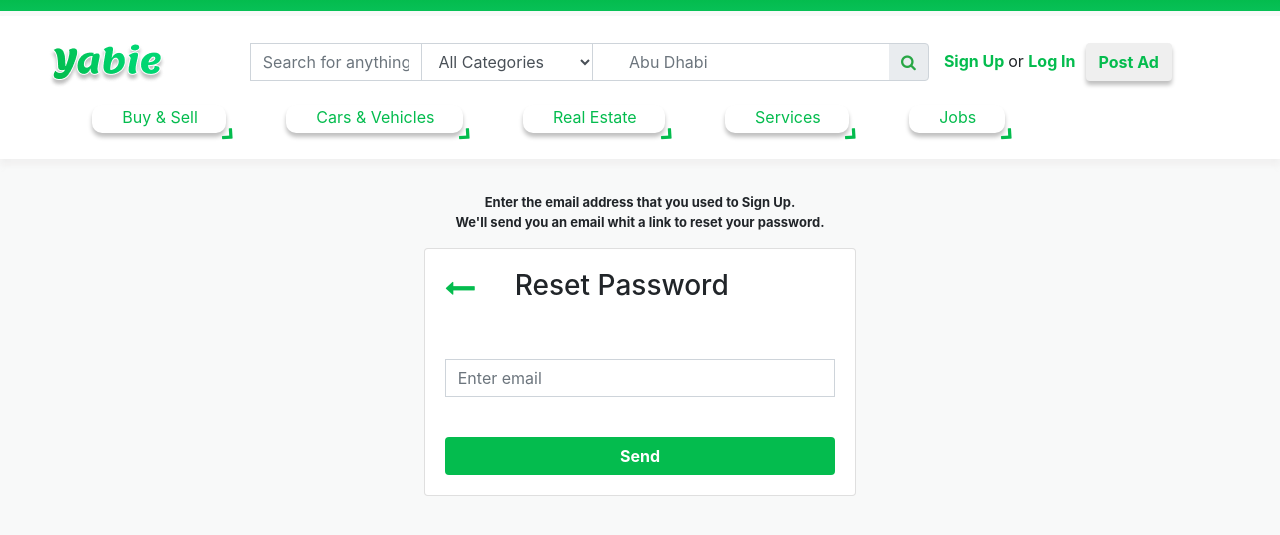
Repository: muazzamkha95/yabie
Page: password-reset.html
An editor plug-in stored every save of this project. The page is shown before and after the next save, followed by the edit.
The browser window is 1280 px wide. The pictures show the whole page.

Above is the page before, as saved 2020-07-09 16:11:08.
Console error: TypeError: Cannot read properties of undefined (reading 'fn')

### password-reset.html
<!DOCTYPE html>
<html lang="en">
<head>
    <meta charset="UTF-8">
    <meta name="viewport" content="width=device-width, initial-scale=1.0">
    <title>SignUp Page</title>

    <link rel="stylesheet" href="https://maxcdn.bootstrapcdn.com/bootstrap/4.0.0/css/bootstrap.min.css" integrity="sha384-Gn5384xqQ1aoWXA+058RXPxPg6fy4IWvTNh0E263XmFcJlSAwiGgFAW/dAiS6JXm" crossorigin="anonymous">
    <link rel="stylesheet" href="https://stackpath.bootstrapcdn.com/font-awesome/4.7.0/css/font-awesome.min.css" integrity="sha384-wvfXpqpZZVQGK6TAh5PVlGOfQNHSoD2xbE+QkPxCAFlNEevoEH3Sl0sibVcOQVnN" crossorigin="anonymous">
    <link href="css/main.css"  rel="stylesheet"></link>


</head>
<body>
        <div class="topBar"></div>
        <nav class="navbar">
            <div class="maincontainer">
                <div class="row">
                        <div class="col-md-2">
                            <a href="index.html"><img src="images/YabieLogo.png" alt="Yabie Logo" class="logo"/></a>
                        </div>
                        <div class="col-md-7">
                            <form class="form-inline" action="#">
                                <div class="input-group">
                                    <input type="text" class="form-control" placeholder="Search for anything" required>
                                    <select class="form-control border-right-0" required>
                                        <option>All Categories</option>
                                        <option value="a">A</option>
                                        <option value="b">B</option>
                                    </select>
                                    <div class="input-group">
                                        <div class="input-group-append">
                                            <span class="input-group-text bg-white text-success border-right-0"><i class="fa fa-map-marker-alt"></i></span>
                                        </div>
                                        <input type="text" class="form-control border-left-0 border-right-0" placeholder="Abu Dhabi" required>
                                        <div class="input-group-append">
                                            <button type="submit" class="input-group-text"><i class="fa fa-search text-success"></i></button>
                                        </div>
                                    </div>
                                </div>
                            </form>
                        </div>
                        <div class="col-md-3" >
                            <div class="row text-center">
                                <span style="padding-top: 6px;">
                                    <span class="btext"><a href="signup.html">Sign Up </a>  </span>  or <span class="btext"><a href="login.html">Log In</a></span>
                                </span>

                                <button class="btn btn-default btext pull-right boxshadow" style="margin-left: 10px;">Post Ad</button>
                            </div>
                        </div>

                </div>
                <div class="row mt-3" >
                    <span class="categoryTab">Buy & Sell <i class="keyboard_arrow_down_24px_rounded fa fa-chevron-right "></i></span>
                    <span class="categoryTab">Cars & Vehicles  <i class="keyboard_arrow_down_24px_rounded fa fa-chevron-right "></i></span>
                    <span class="categoryTab">Real Estate <i class="keyboard_arrow_down_24px_rounded fa fa-chevron-right "></i></span>
                    <span class="categoryTab">Services <i class="keyboard_arrow_down_24px_rounded fa fa-chevron-right "></i></span>
                    <span class="categoryTab">Jobs <i class="keyboard_arrow_down_24px_rounded fa fa-chevron-right "></i></span>
                </div>
            </div>
        </nav>

        <main  role="main" class="mainSection">
            <div class="container d-flex justify-content-center" >
                    <div class="col-md-5">
                        <p style="font-size:small; font-weight: bold;" class="text-center">Enter the email address that you used to Sign Up.<br> We'll send you an email whit a link to reset your password.</p>
                        <div class="card" style="padding: 20px;">
                            <div class="row">
                                <div class="col-md-2">
                                    <a href="login.html"><i class="fa fa-long-arrow-left back-arr mt-1"></i></a>
                                </div>
                                <div class="col-md-10 ">
                                    <h3>Reset Password</h3>
                                </div>
                            </div>
                            <div class="row">
                                <div class="col-md-12">
                                    <form action="notification-forgot-password.html">
                                        <br/>
                                        <br/>
                                        <div class="form-group">
                                          <input type="email" class="form-control" id="email" placeholder="Enter email" name="email">
                                        </div>
                                        <br/>

                                        <button type="submit" class="btn btn-default login-btn">Send</button>
                                      </form>
                                </div>
                            </div>
                        </div>
                    </div>

            </div>

        </main>


</body>
<script src="https://maxcdn.bootstrapcdn.com/bootstrap/4.0.0/js/bootstrap.min.js" integrity="sha384-JZR6Spejh4U02d8jOt6vLEHfe/JQGiRRSQQxSfFWpi1MquVdAyjUar5+76PVCmYl" crossorigin="anonymous"></script>
<script src="js/main.js" type="text/javascript"></script>
</html>

### css/main.css
/* Body */
*{
    padding: 0;
    margin: 0;
}
body{
    background: #F8F9F9;

}
a{
    color: #04BC4E;
    text-decoration: none;
    font-weight: bold;
}
a:hover{
    color: #04BC4E;
}

/* Main navbar css */

.topBar{

    position: absolute;
    width: 100%;
    height: 11px;
    left: 0px;
    top: 0px;

    background: linear-gradient(180deg, #04BC4E 0%, #15D57B 537.5%);
}


nav{
    position: absolute;
    width: 100%;
    height: 143px;
    left: 0px;
    top: 16px;
    background: #FFFFFF;
    box-shadow: 0px 6px 6px rgba(219, 214, 214, 0.25);
    padding-top: 20px;
}

.maincontainer{
    width: 95%;
    margin-left:auto;
    margin-right: auto;
}

.logo{
    height: 100;
}
.btext{
    font-weight: bold;
    color: #04BC4E;
}
.light-text{
    color:lightgray;
}
.light-note-text{
    font-size: 12px;
    color:lightgray;
}

.boxshadow{
    box-shadow: 0px 4px 4px rgba(0, 0, 0, 0.25);
}

.categoryTab{
    display: inline;
    box-shadow: 0px 4px 4px rgba(0, 0, 0, 0.25);
    background-color: #FFFFFF;
    color: #04BC4E;
    border-radius: 10px;
    margin-left: 60px;
    padding-left: 30px;


}
.keyboard_arrow_down_24px_rounded{
    position: relative;
    width: 24px;
    height: 24px;
    left:17px;
    top: 22px;
    transform: rotate(41.5deg);

}

/* Main section  */

.mainSection{
    width: 90%;
    margin-left: auto;
    margin-right: auto;
    margin-top: 50px;



}


.sectionTitle{

    font-family:sans-serif;
    font-style: normal;
    font-weight: 500;
    font-size: 24px;
    line-height: 29px;

    color: #3E4153;
}
.sectionSeeAll{
    color: #04BC4E;
    margin-right: 20px;
}
/* Ad card  */

.adcard{
    background: #FFFFFF;
    padding: 10px;
    margin-right: 21.85px;
    width: 177px;
}
.adTitle{
    font-family: sans-serif;
    font-style: normal;
    font-weight: bold;
    font-size: 16px;
    line-height: 19px;
    color: #000000;
    margin-top: 20px;
}
.adPrice{
    position: relative;
    width: 81px;
    height: 33px;
    left: -160px;
    top: 60px;
    padding: 5px;

    background: #4F4A4A;
    mix-blend-mode: hard-light;
    border-radius: 0px 10px 10px 0px;
    z-index: 999;
}

/* Login Page */

.mainSectionLogin{

    height: 100vh;
    background: linear-gradient(257.12deg, #04BC4E 56.95%, #15D57B 84.28%);
}
.login-btn{
    width: 100%;
    background-color:  #04BC4E;
    color: white;
    font-weight: bold;
}

input{
    border-radius: 0 !important;
    /* margin: 40px 0px 40px 0px; */
}

/* Email Confirmation Page */
.confirm-head{
    background: linear-gradient(180deg, #04BC4E 15.92%, #15D57B 113.67%);
    height: 87px;
}
.confirm-body{
    background:#FFFFFF;
    height: 60vh;
    padding: 50px 20px 50px 20px;
}

.confirm-head > h2{
    color: white;
    padding-top: 20px;
}

.back-arr{
    font-size: 30px;
    color:#04BC4E;
}

Loaded but not shown: js/main.js (no stored copy; drawn as an empty file)

After the next save:
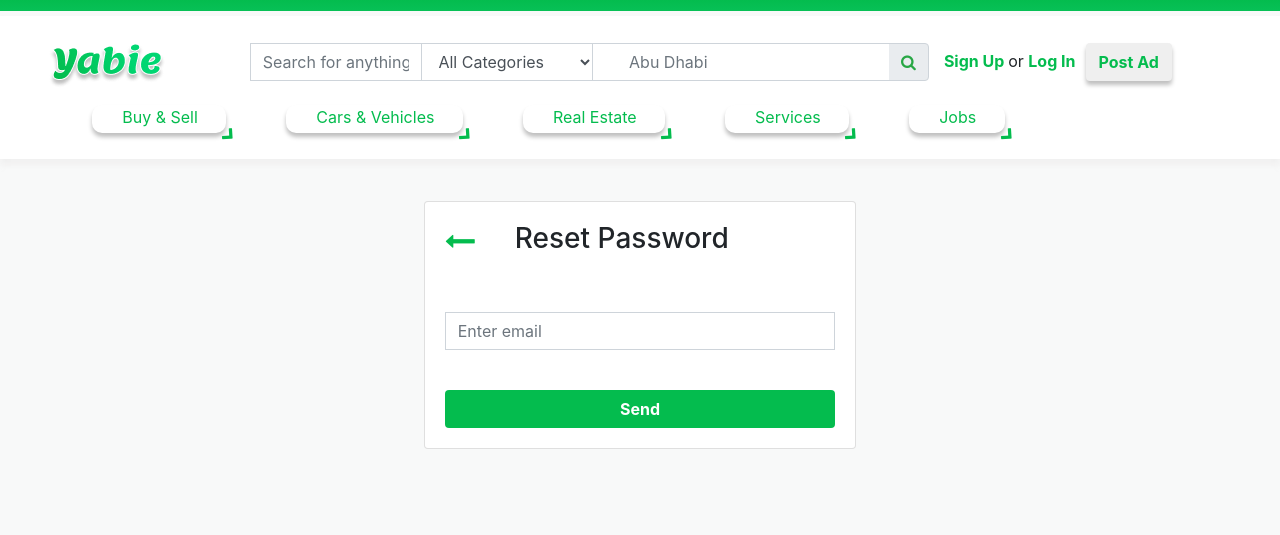
Saved 13 s later.
--- a/password-reset.html
+++ b/password-reset.html
@@ -64,7 +64,7 @@
         <main  role="main" class="mainSection">
             <div class="container d-flex justify-content-center" >
                     <div class="col-md-5">
-                        <p style="font-size:small; font-weight: bold;" class="text-center">Enter the email address that you used to Sign Up.<br> We'll send you an email whit a link to reset your password.</p>
+                        <h1></h1>
                         <div class="card" style="padding: 20px;">
                             <div class="row">
                                 <div class="col-md-2">
